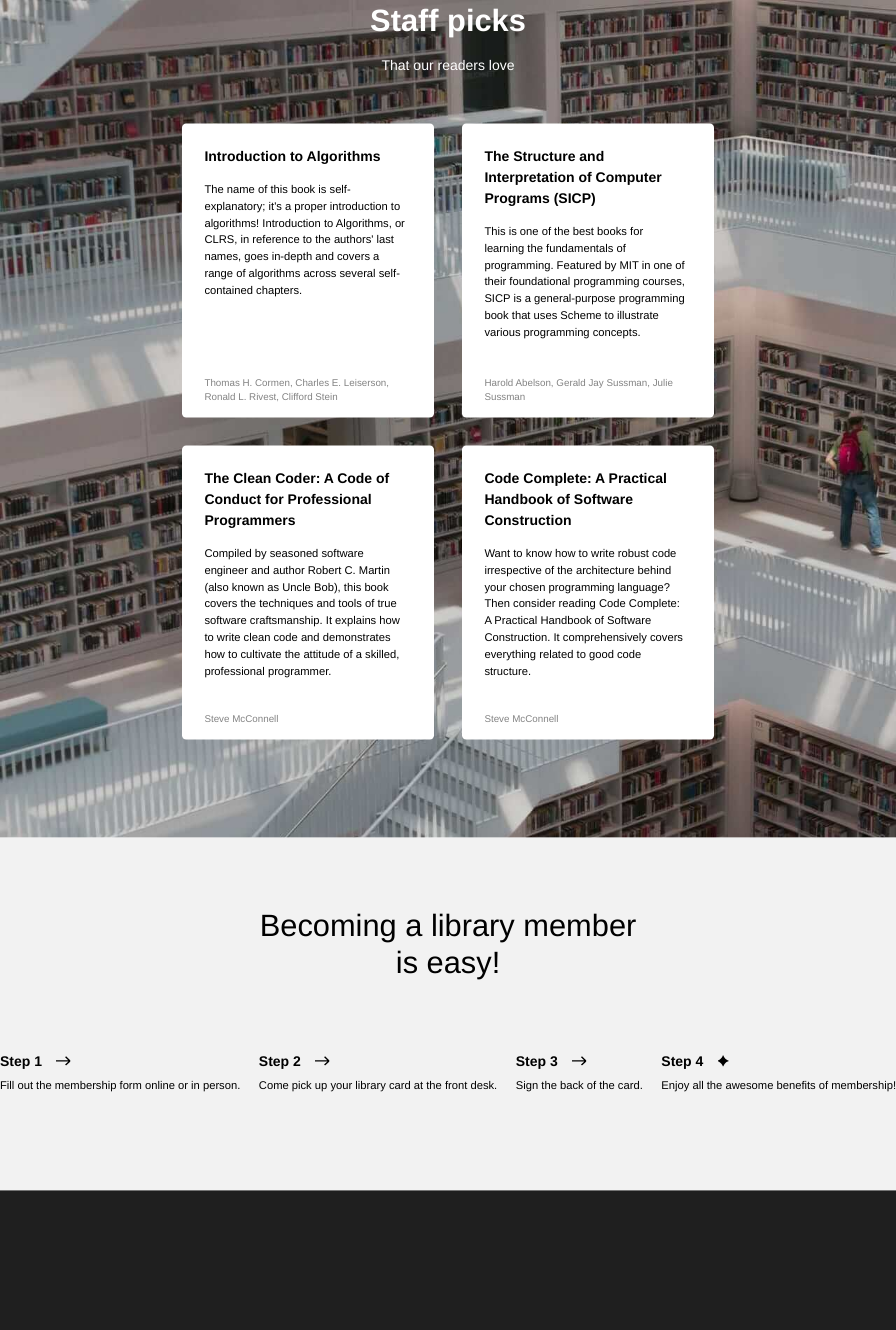
Repository: MWilliams-26/se_project_library
Page: index.html
These files come from the project's save history. The page is drawn as it stood at one moment and after the next save; the edit follows.
The browser window is 1280 px wide. The pictures show the part of the page from y = 1642 to 3562 px (the page is 3542 px tall before and 3562 px after), at 70% of full size.

Above is the page before, as saved 2023-04-03 12:23:31.

### index.html
<!DOCTYPE html>
<html lang="en">
  <head>
    <meta charset="UTF-8" />
    <meta name="viewport" content="width=device-width, initial-scale=1.0" />
    <title>Practicum Library</title>
    <link rel="shortcut icon" href="favicon.ico" />
    <link rel="stylesheet" href="./styles/normalize.css" />
    <link rel="stylesheet" href="./styles/style.css" />
  </head>

  <body>
    <!-- Wrap the entire page content in a new div with the page class. Remember to add the closing tag -->
    <div class="page">
      <header class="header">
        <nav class="nav">
          <img
            src="./images/logo.png"
            alt="Practicum Library Logo"
            class="logo"
          />
          <!-- Putting navigation links in a list is supposed to be the best practice of writing the semantic code since it allows screen readers to pause between each link instead of reading all the links as a sentence. -->
          <ul class="nav__links">
            <li>
              <a class="nav__link">Staff picks</a>
            </li>
            <li>
              <a class="nav__link">Events</a>
            </li>
            <li>
              <a class="nav__link">Become a member</a>
            </li>
            <li>
              <a class="nav__link">About</a>
            </li>
            <li>
              <a class="nav__link">Contacts</a>
            </li>
          </ul>
        </nav>
        <h1 class="header__title">Welcome to the Practicum Library</h1>
        <p class="header__description">
          We're pleased to open our library doors to everyone! Come and expand
          your development knowledge, or just use this lovely spot to work or
          study. This is a cool place for cool students!
        </p>
        <!-- ----------------------------------------------------------------- -->
        <!--               Don't uncomment until project stage 2               -->
        <!-- ----------------------------------------------------------------- -->
        <img
          src="./images/inside_the_library.png"
          alt="Illustration 'Inside the library'"
          class="header__image"
        />
        <div class="header__footer">
          <a class="header__link">About the library &darr;</a>
          <p class="header__address">
            200 Success Avenue, The Town of Practicum
          </p>
        </div>
      </header>

      <main class="content">
        <section class="events">
          <div class="events__content">
            <h2 class="events__heading">Upcoming events:</h2>
            <h3 class="events__title">
              In honor of Joan Feynman: Women in astrophysics
            </h3>
            <div class="event-info events__info-section">
              <div class="event-info__item">
                <div
                  class="event-info__icon event-info__icon_type_calendar"
                ></div>
                <p class="event-info__text">Mon, January 12</p>
              </div>
              <div class="event-info__item">
                <div class="event-info__icon event-info__icon_type_pin"></div>
                <p class="event-info__text">
                  Practicum Library Conference Hall & Online
                </p>
              </div>
            </div>
            <p class="events__description">
              At this event, which celebrates the library's namesake, our guest
              lecturer will take us on a journey exploring some of the most
              prominent female researchers in the world of space science. It's
              easy to buy into the misconception that this field was mostly
              dominated by men, but our lecture aims to change that notion and
              prove that this hasn't been the case since at least the 18th
              century.
            </p>
            <a href="#" class="events__more">More events &rarr;</a>
          </div>
          <div class="events__cover">
            <img
              class="events__image"
              src="images/cafe.png"
              alt="events image"
            />
            <div class="person person_name_feynman">
              <p class="person__caption">Joann Feynman</p>
              <img
                class="person__image person__image_size_l"
                src="images/person_feynman.png"
                alt="Joann Feyman"
              />
            </div>
            <div class="person person_name_burbidge">
              <p class="person__caption">Margaret Burbidge</p>
              <img
                class="person__image person__image_size_m"
                src="images/person_burbidge.png"
                alt="Margaret Burbidge"
              />
            </div>
            <div class="person person_name_cannon">
              <img
                class="person__image person__image_size_m"
                src="images/person_cannon.png"
                alt="Annie Jump Cannon"
              />
              <p class="person__caption">Annie Jump Cannon</p>
            </div>
            <div class="person person_name_burbidge">
              <p class="person__caption">Margaret Burbidge</p>
              <img
                class="person__image person__image_size_m"
                src="images/person_burbidge.png"
                alt="Margaret Burbidge"
              />
            </div>
            <div class="person person_name_mitchell">
              <img
                class="person__image person__image_size_s"
                src="images/person_mitchell.png"
                alt="Maria Mitchell"
              />
              <p class="person__caption">Maria Mitchell</p>
            </div>
            <div class="person person_name_tarter">
              <p class="person__caption">Jill Tarter</p>
              <img
                class="person__image person__image_size_m"
                src="images/person_tarter.png"
                alt="Jill Tarter"
              />
            </div>
          </div>
        </section>

        <section class="staff">
          <!-- --------------------------------------------------------------- -->
          <!--        Don't uncomment until the final project stage            -->
          <!-- --------------------------------------------------------------- -->
          <h2 class="staff__title">Staff picks</h2>
          <p class="staff__subtitle">That our readers love</p>
          <ul class="staff__picks">
            <li class="card">
              <div class="card__content">
                <h3 class="card__title">Introduction to Algorithms</h3>
                <p class="card__text">
                  The name of this book is self-explanatory; it's a proper
                  introduction to algorithms! Introduction to Algorithms, or
                  CLRS, in reference to the authors' last names, goes in-depth
                  and covers a range of algorithms across several self-contained
                  chapters.
                </p>
                <p class="card__footer">
                  Thomas H. Cormen, Charles E. Leiserson, Ronald L. Rivest,
                  Clifford Stein
                </p>
              </div>
            </li>

            <li class="card">
              <div class="card__content">
                <h3 class="card__title">
                  The Structure and Interpretation of Computer Programs (SICP)
                </h3>
                <p class="card__text">
                  This is one of the best books for learning the fundamentals of
                  programming. Featured by MIT in one of their foundational
                  programming courses, SICP is a general-purpose programming
                  book that uses Scheme to illustrate various programming
                  concepts.
                </p>
                <p class="card__footer">
                  Harold Abelson, Gerald Jay Sussman, Julie Sussman
                </p>
              </div>
            </li>

            <li class="card">
              <div class="card__content">
                <h3 class="card__title">
                  The Clean Coder: A Code of Conduct for Professional
                  Programmers
                </h3>
                <p class="card__text">
                  Compiled by seasoned software engineer and author Robert C.
                  Martin (also known as Uncle Bob), this book covers the
                  techniques and tools of true software craftsmanship. It
                  explains how to write clean code and demonstrates how to
                  cultivate the attitude of a skilled, professional programmer.
                </p>
                <p class="card__footer">Steve McConnell</p>
              </div>
            </li>

            <li class="card">
              <div class="card__content">
                <h3 class="card__title">
                  Code Complete: A Practical Handbook of Software Construction
                </h3>
                <p class="card__text">
                  Want to know how to write robust code irrespective of the
                  architecture behind your chosen programming language? Then
                  consider reading Code Complete: A Practical Handbook of
                  Software Construction. It comprehensively covers everything
                  related to good code structure.
                </p>
                <p class="card__footer">Steve McConnell</p>
              </div>
            </li>
          </ul>
        </section>

        <section class="membership">
          <!-- --------------------------------------------------------------- -->
          <!--         Don't uncomment until the final project stage           -->
          <!-- --------------------------------------------------------------- -->
          <h2 class="membership__title">Becoming a library member is easy!</h2>
          <ul class="membership__steps">
            <li class="step">
              <h3 class="step__title">
                Step 1
                <img
                  src="./images/icon_step_forward.svg"
                  alt="icon forward"
                  class="step__icon"
                />
              </h3>
              <p class="step__description">
                Fill out the membership form online or in person.
              </p>
            </li>
            <li class="step">
              <h3 class="step__title">
                Step 2
                <img
                  src="./images/icon_step_forward.svg"
                  alt="icon forward"
                  class="step__icon"
                />
              </h3>
              <p class="step__description">
                Come pick up your library card at the front desk.
              </p>
            </li>
            <li class="step">
              <h3 class="step__title">
                Step 3
                <img
                  src="./images/icon_step_forward.svg"
                  alt="icon forward"
                  class="step__icon"
                />
              </h3>
              <p class="step__description">Sign the back of the card.</p>
            </li>
            <li class="step">
              <h3 class="step__title">
                Step 4
                <img
                  src="./images/icon_step_finish.svg"
                  alt="icon finish"
                  class="step__icon"
                />
              </h3>
              <p class="step__description">
                Enjoy all the awesome benefits of membership!
              </p>
            </li>
          </ul>
        </section>

        <section class="about">
          <!-- --------------------------------------------------------------- -->
          <!--          Don't uncomment until the final project stage          -->
          <!-- --------------------------------------------------------------- -->
          <!--<h2 class="about__title">About the library</h2>
        <div class="about__content">
          <p class="about__paragraph">
            Libraries are essential establishments in practically every city,
            and Practicum's library is no exception. It first opened its doors
            way back in 2018, right as our humble town began bidding welcome to
            its very first citizens!
          </p>
          <p class="about__paragraph">
            Since its initial opening, the library has seen nearly 342 visitors
            each month. That's almost 50% of our population! So far, most
            citizens have enjoyed reading books and making use of our ample
            online resources.
          </p>
          <p class="about__paragraph">
            The library gets its name from Joan Feynman, an American
            astrophysicist and the first woman to be elected as an officer of
            the American Geophysical Union.
          </p>
        </div>
        <div class="about__circle"></div> -->
        </section>
      </main>
      <footer class="footer">
        <!-- ----------------------------------------------------------------- -->
        <!--          Don't uncomment until the final project stage            -->
        <!-- ----------------------------------------------------------------- -->
      </footer>
    </div>
  </body>
</html>

### styles/style.css
.page {
  /* Add page class properties here */
  min-width: 1100px;
  max-width: 1600px;
  margin: 0 auto;
  font-family: Helvetica Neue, Arial, sans-serif;
  font-size: 16px;
  line-height: 20px;
}

.header {
  height: 100vh;
  min-height: 720px;
  max-height: 800px;
  padding: 30px 80px 0;
  position: relative;
  box-sizing: border-box;
}

.nav {
  /* Add flex properties here */
  display: flex;
  justify-content: space-between;
  align-items: stretch;
  flex-flow: row wrap;
  margin-top: 8px;
}

.logo {
  width: 196px;
  height: 60px;
}

.nav__links {
  /* Reset default list styles here */
  margin: 0 0 0;
  display: flex;
  column-gap: 20px;
  list-style: none;
}

.nav__link {
  color: #000000;
  text-decoration: none;
  font-weight: bold;
}

.header__title {
  font-size: 66px;
  line-height: 76px;
  font-weight: 500;
  max-width: 544px;
  margin-top: 150px;
  margin-bottom: 32px;
}

.header__description {
  font-size: 20px;
  line-height: 30px;
  max-width: 532px;
}

.header__image {
  position: absolute;
  max-width: 636px;
  top: 135px;
  right: 20px;
  z-index: 1;
}

.header__footer {
  position: absolute;
  left: 0;
  bottom: 40px;
  width: 100%;
  display: flex;
  align-items: center;
  padding: 40px 80px 0;
  justify-content: space-between;
  box-sizing: border-box;
}

.header__link {
  color: #2f80ed;
  text-decoration: none;
}

.header__address {
  margin: 0;
  color: #838383;
}

.events {
  padding: 100px 0 120px 80px;
  display: flex;
  align-items: start;
  justify-content: space-between;
  box-sizing: border-box;
  background-color: #f2f2f2;
}
.events__content {
  flex-basis: 580px;
}

.events__heading {
  font-size: 20px;
  font-weight: 500;
  line-height: 30px;
  margin: 0;
}

.events__title {
  font-size: 44px;
  font-weight: 500;
  line-height: 52px;
  margin: 32px 0 0;
}

.events__info-section {
  margin-top: 32px;
}

.event-info__item {
  display: flex;
  align-items: center;
  margin-bottom: 4px;
  font-weight: 500;
}

.event-info__icon {
  background-repeat: no-repeat;
  background-position: center;
  margin-right: 12px;
  width: 24px;
  height: 24px;
}

.event-info__icon_type_calendar {
  background-image: url(../images/icon_calendar.svg);
}

.event-info__icon_type_pin {
  background-image: url(../images/icon_pin.svg);
}

.event-info__text {
  font-size: 20px;
  font-weight: 500;
  line-height: 30px;
  margin: 0;
}

.events__description {
  margin: 40px 0 60px;
}

.events__more {
  color: #2f80ed;
  text-decoration: none;
}

.events__cover {
  flex-grow: 1;
  flex-shrink: 0;
  flex-basis: 780px;
  max-width: 780px;
  position: relative;
}

.events__image {
  max-width: 100%;
}

.person {
  position: absolute;
  display: flex;
  align-items: center;
  flex-direction: column;
  gap: 10px;
}

.person_name_feynman {
  position: absolute;
  top: -30px;
  left: 319px;
}

.person_name_burbidge {
  top: 96px;
  right: 125px;
}

.person_name_cannon {
  bottom: 18px;
  right: 216px;
}

.person_name_mitchell {
  bottom: 82px;
  left: 142px;
}

.person_name_tarter {
  top: 79px;
  left: 159px;
}

.person__image {
  max-width: 100%;
}

.person__image_size_l {
  width: 140px;
}

.person__image_size_m {
  width: 100px;
}

.person__image_size_s {
  width: 80px;
}

.person__caption {
  text-align: center;
  font-size: 14px;
  margin: 0;
}
.staff {
  padding: 100px 0 140px;
  background-image: url(../images/staff_picks_background.jpg);
}

.staff__title {
  text-align: center;
  font-size: 44px;
  line-height: 52px;
  margin: 0 0 24px;
  color: #ffffff;
}

.staff__subtitle {
  text-align: center;
  font-size: 20px;
  line-height: 30px;
  font-weight: 400;
  margin: 0;
  color: #ffffff;
}

.staff__picks {
  max-width: 760px;
  margin: auto;
  margin-top: 68px;
  display: flex;
  flex-wrap: wrap;
  justify-content: center;
  gap: 40px;
  list-style-type: none;
  padding: 0;
}

/* Add the CSS rule for your new class here. Make sure to place it before .card: parents should precede their children */

.card {
  background-color: #fff;
  border-radius: 6px;
  padding: 32px 40px 20px 32px;
  box-sizing: border-box;
  width: 360px;
  height: 420px;
}

.card__content {
  width: 100%;
  height: 100%;
  display: flex;
  flex-direction: column;
}

.card__title {
  font-size: 20px;
  line-height: 30px;
  font-weight: 700;
  margin: 0;
}

.card__text {
  margin: 20px 0 0;
  font-size: 16px;
  line-height: 24px;
}

.card__footer {
  margin: 0;
  font-size: 14px;
  line-height: 20px;
  color: #838383;
  margin-top: auto;
}

.membership {
  padding: 100px 0 140px;
  background-color: #f2f2f2;
}

.membership__title {
  max-width: 574px;
  margin: 0 auto;
  text-align: center;
  font-size: 44px;
  font-weight: 500;
  line-height: 52px;
}

.membership__steps {
  list-style-type: none;
  padding: 0;
  margin: 100px 0 0;
  display: flex;
  justify-content: space-between;
  /* Add styles */
}

.step {
  flex-wrap: wrap;
  gap: 40px;
  /* Add styles */
}

.step__title {
  margin: 0;
  font-size: 20px;
  line-height: 30px;
  font-weight: 700;
  display: flex;
  align-items: center;
}

.step__icon {
  margin-left: 20px;
}

.step__description {
  margin: 10px 0 0;
}

.about {
  padding: 100px 80px;
  background-color: #1f1f1f;
  color: #fff;
  overflow: hidden;
  position: relative;
  box-sizing: border-box;
}

.about__title {
  margin: 0;
  font-size: 20px;
  line-height: 30px;
  font-weight: 500;
  z-index: 1;
}

.about__content {
  font-size: 20px;
  line-height: 30px;
  font-weight: 400;
  max-width: 660px;
}

.about__paragraph {
  margin: 0 0 32px;
}

.about__circle {
  background-color: #2f80ed;
  width: 495px;
  height: 495px;
  border-radius: 50%;
}

.footer {
  box-sizing: border-box;
}

.footer__columns {
}

.footer__column_content_hours {
}

.footer__column_content_social {
}

.footer__logo {
}

.footer__list {
  /* The code below removes the default browser styles for lists */
  list-style-type: none;
  padding: 0;
  margin: 0;
}

.footer__list-item {
}

.footer__column-heading {
}

.footer__column-link {
  color: white;
  font-size: 16px;
  line-height: 20px;
  text-decoration: none;
}

.footer__social-icon {
}

.footer__copyright {
}

Loaded but not shown: styles/normalize.css (library)

After the next save:
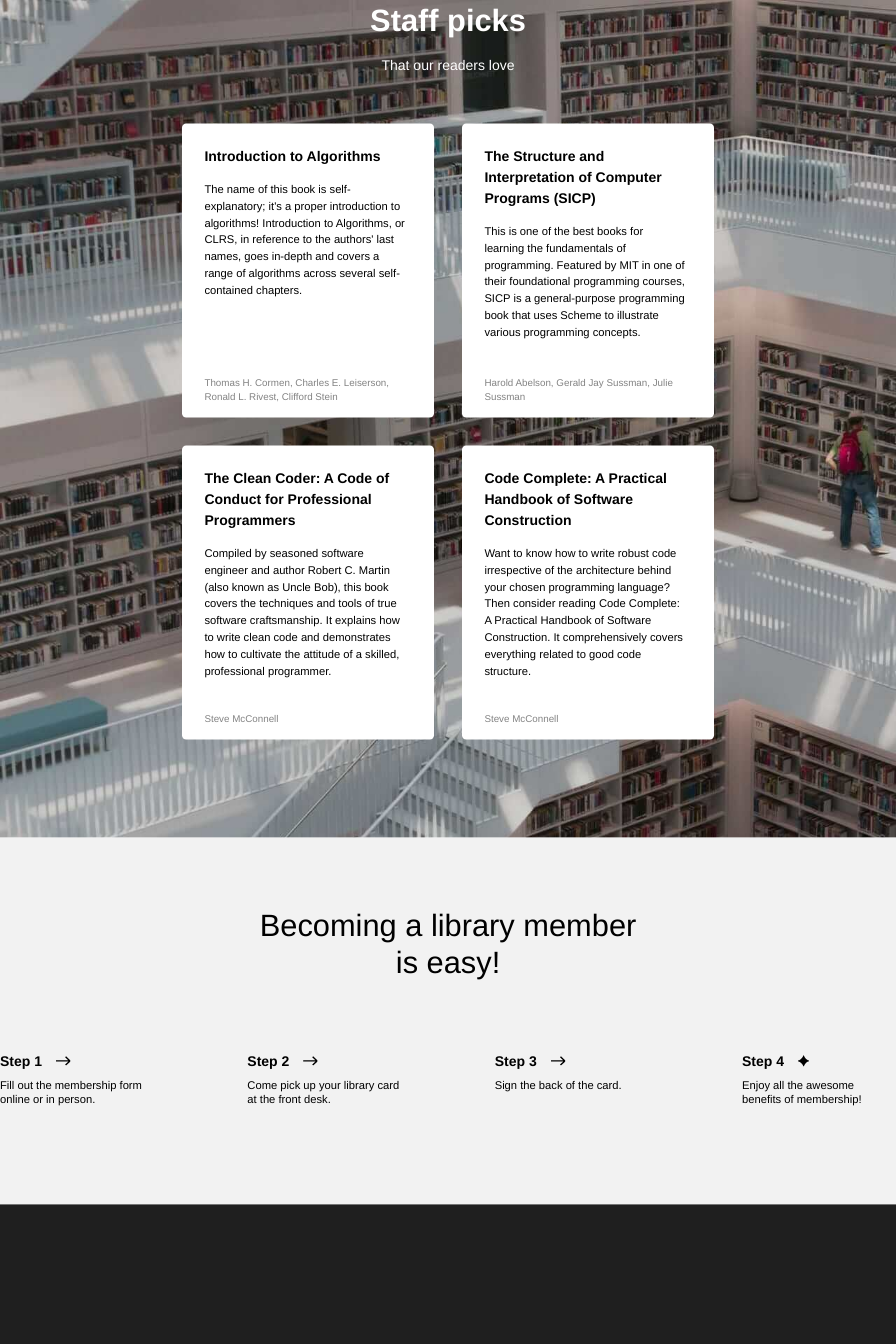
Saved 115 s later.
--- a/styles/style.css
+++ b/styles/style.css
@@ -323,7 +323,7 @@
 }
 
 .step {
-  flex-wrap: wrap;
+  width: 220px;
   gap: 40px;
   /* Add styles */
 }
